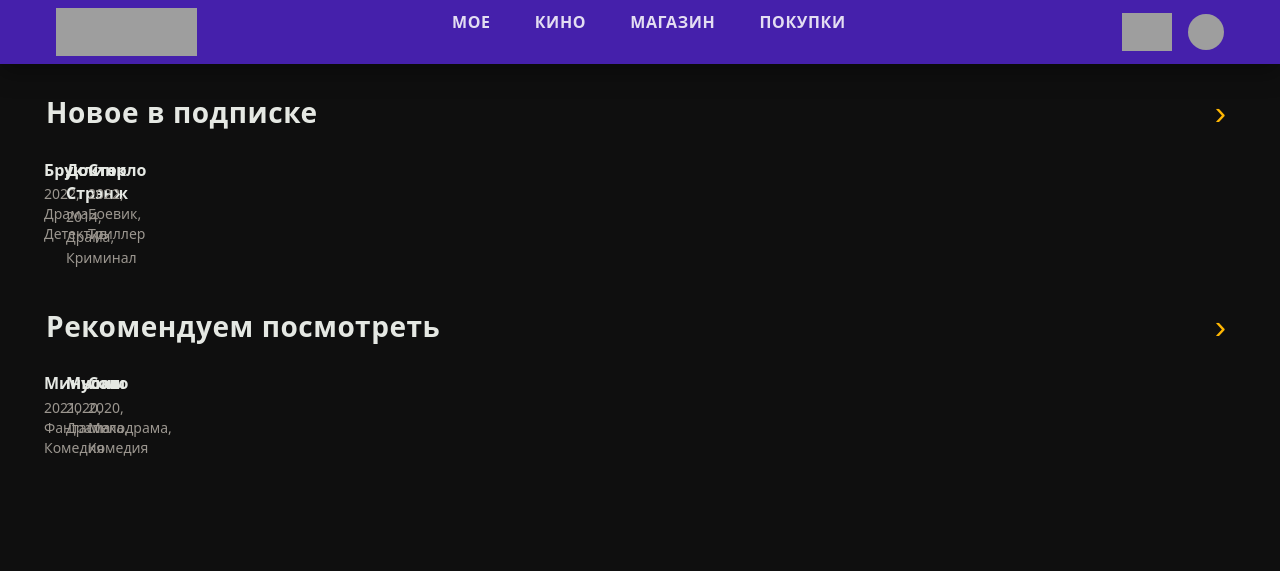
Repository: archangel88/elbrus_homework
Page: phase-0/week-2/day-6/project-elbrus-kino/index.html
An editor plug-in stored every save of this project. The page is shown before and after the next save, followed by the edit.
The browser window is 1280 px wide. The pictures show the whole page.
Pictures or frames that could not be fetched are drawn as grey boxes.

Above is the page before, as saved 2025-10-04 16:55:15.

After the next save:
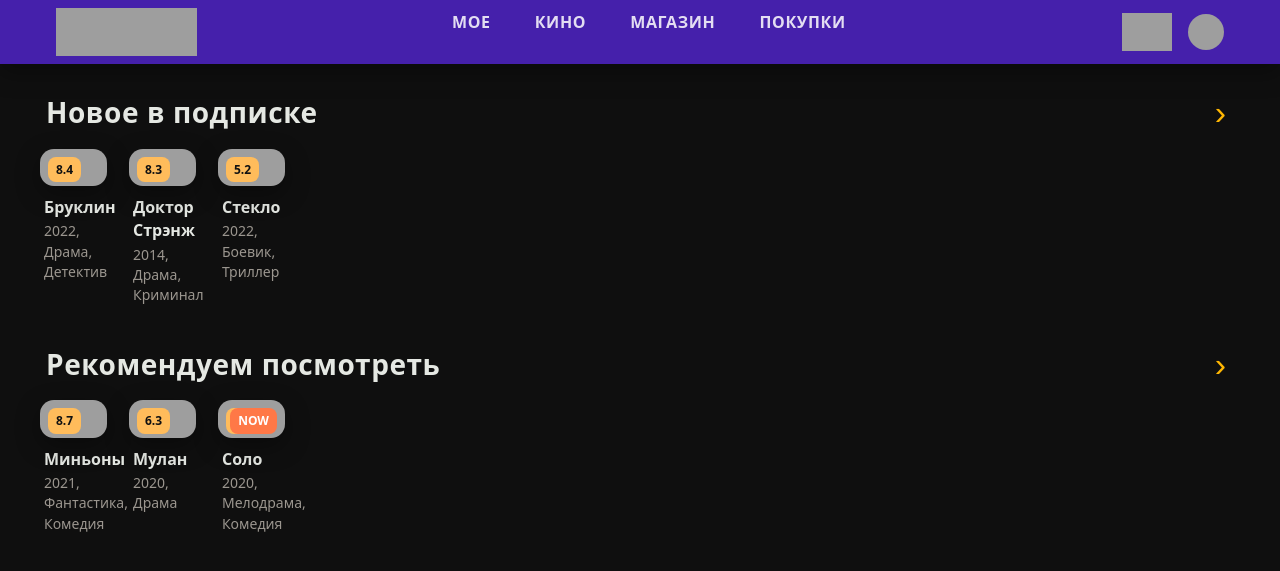
Saved 9 s later.
--- a/phase-0/week-2/day-6/project-elbrus-kino/css/index.css
+++ b/phase-0/week-2/day-6/project-elbrus-kino/css/index.css
@@ -206,7 +206,7 @@ img{
 /* Карточка */
 
 .card{
-  width:calc((100% - 99999px)/3); /* 3 в ряд на десктопе */
+  width:calc((100% - 999px)/3); /* 3 в ряд на десктопе */
 }
 
 .card__link{
